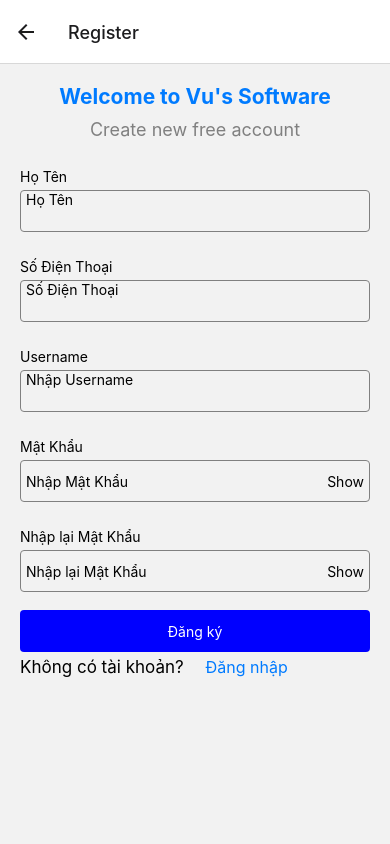
Repository: quangvucot/nntm
Screen: /Register
The author's editor kept a copy of each file at every save. The screen is drawn from the files as they stood at one save, then again after the next save.
The app was drawn by React Native's web renderer in a window 390 px wide. The project was rebuilt for these pictures with package versions that can differ from the ones it lists, and the page was loaded fresh each time. Also part of the build but not shown: src/components/Common/Icons/index.js, src/screens/Sensor/index.js, src/screens/Setting/index.js, src/navigations/HomeNavigator.js, src/navigations/SlideMenu/style.js, src/navigations/SlideMenu/index.js, src/navigations/DrawerNavigator.js, src/components/Common/Message/styles.js and 1 more.

Above is the screen before, as saved 2021-11-12 15:15:43.

### App.js
import { StatusBar } from "expo-status-bar";
import React from "react";
import { StyleSheet, Text, View } from "react-native";
import AppNavContainer from "./src/navigations";

export default function App() {
  return <AppNavContainer />;
}

### src/navigations/index.js
import React from "react";
import {} from "react-native";
import { NavigationContainer } from "@react-navigation/native";
import DrawerNavigator from "./DrawerNavigator";
import AuthNavigator from "./AuthNavigator";
const AppNavContainer = () => {
  const isAuthenticated = false;
  return (
    <NavigationContainer>
      {isAuthenticated ? <DrawerNavigator /> : <AuthNavigator />}
    </NavigationContainer>
  );
};
export default AppNavContainer;

### src/navigations/AuthNavigator.js
import React from "react";
import { createStackNavigator } from "@react-navigation/stack";
import SignIn from "../screens/Login";
import Register from "../screens/Register";
import { LOGIN, REGISTER } from "../constants/routeName";

const AuthNavigator = () => {
  const AuthStack = createStackNavigator();
  return (
    <AuthStack.Navigator >
      <AuthStack.Screen name={LOGIN} component={SignIn} />
      <AuthStack.Screen name={REGISTER} component={Register} />
    </AuthStack.Navigator>
  );
};
export default AuthNavigator;

### src/constants/routeName.js
export const HOME_NAVIGATOR = "Home";
export const SENSOR = "Cảm biến";
export const SETTING = "Setting";
export const LOGIN = "Login";
export const REGISTER = "Register";
export const LOGOUT = "Logout";

### src/screens/Login/index.js
import React from "react";
import { StyleSheet, Text, View } from "react-native";
import LoginComponent from "../../components/Login";

const SignIn = () => {
  return <LoginComponent />;
};
export default SignIn;

### src/screens/Register/index.js
import React from "react";
import { StyleSheet, Text, View } from "react-native";
import RegisterComponent from "../../components/Signup";

const Register = () => {
  return <RegisterComponent />;
};
export default Register;

### src/components/Common/Container/index.js
import React from "react";
import { View, Text, ScrollView } from "react-native";
import styles from "./styles";

const Container = ({ children }) => {
  return (
    <ScrollView>
      <View style={styles.wapper}>{children}</View>
    </ScrollView>
  );
};

export default Container;

### src/components/Login/index.js
import React, { useState } from "react";
import { View, Text, Image, TouchableOpacity } from "react-native";
import Container from "../Common/Container";
import CustomButton from "../Common/CustomButton";
import Input from "../Common/Input";
import styles from "./styles";
import { useNavigation } from "@react-navigation/native";
import { REGISTER } from "../../constants/routeName";
import Message from "../Common/Message";

const LoginComponent = ({
  error,
  onChange,
  justSignedUp,
  onSubmit,
  loading,
  form,
}) => {
  const { navigate } = useNavigation();
  const [showPassword, setShowPassword] = useState(true);
  return (
    <Container>
      <Image style={styles.logo} height={80} width={80} />
      <View>
        <Text style={styles.title}>Nông nghiệp thông minh</Text>
        <Text style={styles.subtitle}>Đăng nhập ngay</Text>

        <View style={styles.form}>
          {justSignedUp && (
            <Message
              onDismiss={() => {}}
              success
              message="Account created successfully"
            />
          )}
          {error && !error.error && (
            <Message
              onDismiss={() => {}}
              danger
              message="invalid credentials"
            />
          )}
          {error?.error && <Message danger onDismiss message={error.error} />}
          <Input
            lable="Username"
            iconPosition="right"
            placehoder="Enter Username"
            onChangeText={() => {}}
          />
          <Input
            lable="Password"
            icon={
              <TouchableOpacity
                onPress={() => {
                  showPassword ? setShowPassword(false) : setShowPassword(true);
                }}
              >
                <Text>{showPassword ? "Show" : "Hide"}</Text>
              </TouchableOpacity>
            }
            iconPosition="right"
            secureTextEntry={showPassword}
            onChangeText={() => {}}
            placehoder="Enter Password"
          />
          <CustomButton
            onPress={onSubmit}
            primary
            title="Submit"
            loading={loading}
            disabled={false}
          />
          <View style={styles.createSection}>
            <Text style={styles.infoText}>We need a new account? </Text>
            <TouchableOpacity
              onPress={() => {
                navigate(REGISTER);
              }}
            >
              <Text style={styles.linkBtn}>Regisrer</Text>
            </TouchableOpacity>
          </View>
        </View>
      </View>
    </Container>
  );
};

export default LoginComponent;

### src/components/Signup/index.js
import React, { useState } from "react";
import { View, Text, Image } from "react-native";
import Container from "../Common/Container";
import CustomButton from "../Common/CustomButton";
import Input from "../Common/Input";
import styles from "./styles";
import { TouchableOpacity } from "react-native-gesture-handler";
import { useNavigation } from "@react-navigation/native";
import { LOGIN } from "../../constants/routeName";
import Message from "../Common/Message";

const RegisterComponent = ({
  onSubmit,
  onChange,
  errors,
  form,
  error,
  loading,
}) => {
  const [showPassword, setShowPassword] = useState(true);
  const { navigate } = useNavigation();
  return (
    <Container>
      <View>
        <Text style={styles.title}>Welcome to Vu's Software</Text>
        <Text style={styles.subtitle}>Create new free account</Text>
        <View style={styles.form}>
          {error?.error && (
            <Message
              danger
              retry
              retryFn={() => {
                console.log("2222 => ", 2222);
              }}
              message={error.error}
            />
          )}
          <Input
            lable="Họ Tên"
            iconPosition="right"
            placehoder="Họ Tên"
            onChangeText={() => {}}
          />
          <Input
            lable="Số Điện Thoại"
            iconPosition="right"
            placehoder="Số Điện Thoại"
            onChangeText={() => {}}
          />
          <Input
            lable="Username"
            iconPosition="right"
            placehoder="Nhập Username"
            onChangeText={() => {}}
          />
          <Input
            lable="Mật Khẩu"
            icon={
              <TouchableOpacity
                onPress={() => {
                  showPassword ? setShowPassword(false) : setShowPassword(true);
                }}
              >
                <Text>{showPassword ? "Show" : "Hide"}</Text>
              </TouchableOpacity>
            }
            iconPosition="right"
            secureTextEntry={showPassword}
            placehoder="Nhập Mật Khẩu"
            onChangeText={() => {}}
          />

          <Input
            lable="Nhập lại Mật Khẩu"
            icon={<Text>Show</Text>}
            iconPosition="right"
            secureTextEntry={true}
            placehoder="Nhập lại Mật Khẩu"
            onChangeText={() => {}}
          />
          {console.log("error1122", error)}
          <CustomButton
            onPress={onSubmit}
            primary
            title="Đăng ký"
            loading={loading}
            disabled={loading}
          />
          <View style={styles.createSection}>
            <Text style={styles.infoText}>Không có tài khoản? </Text>
            <TouchableOpacity
              onPress={() => {
                navigate(LOGIN);
              }}
            >
              <Text style={styles.linkBtn}>Đăng nhập</Text>
            </TouchableOpacity>
          </View>
        </View>
      </View>
    </Container>
  );
};

export default RegisterComponent;

### src/components/Common/Container/styles.js
import {StyleSheet} from 'react-native';
export default StyleSheet.create({
  wapper: {
    padding: 20,
  },
});

### src/components/Common/CustomButton/index.js
import React from 'react';
import {
  View,
  Text,
  TextInput,
  TouchableOpacity,
  ActivityIndicator,
} from 'react-native';
import colors from '../../../assets/theme/colors';
import styles from './styles';
const CustomButton = ({
  onPress,
  title,
  danger,
  secondary,
  primary,
  disabled,
  loading,
  style,
  ...props
}) => {
  // const getFlexDirection = () => {
  //   if (icon && iconPosition) {
  //     if (iconPosition === 'left') {
  //       return 'row';
  //     } else {
  //       return 'row-reverse';
  //     }
  //   }
  // };
  const getBGColor = () => {
    if (disabled) {
      return colors.gray;
    }
    if (primary) {
      return colors.blue;
    }
    if (danger) {
      return colors.red;
    }
    if (secondary) {
      return colors.secondary;
    }
  };
  return (
    <TouchableOpacity
      disabled={disabled}
      onPress={onPress}
      style={[styles.wrapper, {backgroundColor: getBGColor()}, style]}>
      <View style={[styles.loaderSection]}>
        {loading && <ActivityIndicator color={colors.red} />}
        {title && (
          <Text
            style={{
              color: disabled ? 'black' : colors.white,
              paddingLeft: loading ? 5 : 0,
            }}>
            {loading ? 'Please wait...' : title}
          </Text>
        )}
      </View>
    </TouchableOpacity>
  );
};

export default CustomButton;

### src/components/Common/Input/index.js
import React from "react";
import { View, Text, TextInput } from "react-native";
import colors from "../../../assets/theme/colors";
import styles from "./styles";
const Input = ({
  onChangeText,
  placehoder,
  iconPosition,
  icon,
  style,
  value,
  lable,
  error,
  secureTextEntry,
  ...props
}) => {
  const [focused, setFocused] = React.useState(false);
  const getFlexDirection = () => {
    if (icon && iconPosition) {
      if (iconPosition === "left") {
        return "row";
      } else {
        return "row-reverse";
      }
    }
  };
  const getBorderColor = () => {
    if (focused) {
      return colors.blue;
    }
    if (error) {
      return colors.red;
    } else {
      return colors.gray;
    }
  };
  return (
    <View style={styles.inputContainer}>
      {lable && <Text>{lable}</Text>}
      <View
        style={[
          styles.wrapper,
          {
            alignItems: icon ? "center" : "baseline",
          },
          { borderColor: getBorderColor(), flexDirection: getFlexDirection() },
        ]}
      >
        <View>{icon && icon}</View>
        <TextInput
          style={[styles.textInput, style]}
          onChangeText={onChangeText}
          value={value}
          placeholder={placehoder}
          secureTextEntry={secureTextEntry}
          onFocus={() => {
            setFocused(true);
          }}
          onBlur={() => {
            setFocused(false);
          }}
          {...props}
        />
      </View>
      {error && <Text style={styles.error}>{error}</Text>}
    </View>
  );
};

export default Input;

### src/components/Login/styles.js
import { StyleSheet } from "react-native";
import React from "react";
import colors from "../../assets/theme/colors";

export default StyleSheet.create({
  logo: {
    height: 200,
    width: 150,
    alignSelf: "center",
    margin: 50,
  },
  title: {
    fontSize: 21,
    textAlign: "center",
    color: colors.secondary,
    fontWeight: "bold",
  },
  subtitle: {
    paddingVertical: 20,
    textAlign: "center",
    fontSize: 18,
    color: colors.gray,
  },
  form: {
    paddingTop: 20,
  },
  createSection: {
    flexDirection: "row",
  },
  linkBtn: {
    paddingLeft: 17,
    color: colors.secondary,
    fontSize: 16,
  },
  infoText: {
    fontSize: 17,
  },
});

### src/components/Signup/styles.js
import {StyleSheet} from 'react-native';
import React from 'react';
import colors from '../../assets/theme/colors';

export default StyleSheet.create({
  title: {
    fontSize: 21,
    textAlign: 'center',
    color: colors.secondary,
    fontWeight: 'bold',
  },
  subtitle: {
    paddingVertical: 10,
    textAlign: 'center',
    fontSize: 18,
    color: colors.gray,
  },
  form: {
    paddingTop: 5,
  },
  createSection: {
    flexDirection: 'row',
  },
  linkBtn: {
    paddingLeft: 17,
    color: colors.secondary,
    fontSize: 16,
  },
  infoText: {
    fontSize: 17,
  },
});

### src/assets/theme/colors.js
export default {
  primary: '#4361ee',
  white: '#ffffff',
  yellow: '#FFFF00',
  red: '#FF0000',
  gray: '#808080',
  Olive: '#808000',
  purple: '#800080',
  blue: '#0000FF',
  green: '#008000',
  black: '#000000',
  secondary: '#007bff',
  success: '#33CCFF',
};

### src/components/Common/CustomButton/styles.js
import {StyleSheet} from 'react-native';
import colors from '../../../assets/theme/colors';

export default StyleSheet.create({
  wrapper: {
    height: 42,
    paddingHorizontal: 5,
    marginVertical: 5,
    borderRadius: 4,
    alignItems: 'center',
    justifyContent: 'space-evenly',
    color: colors.white,
  },

  loaderSection: {
    flexDirection: 'row',
  },
  textInput: {
    flex: 1,
    width: '100%',
  },
  error: {
    color: colors.red,
    paddingTop: 4,
    fontSize: 12,
  },
});

### src/components/Common/Input/styles.js
import {StyleSheet} from 'react-native';
import colors from '../../../assets/theme/colors';

export default StyleSheet.create({
  wrapper: {
    height: 42,
    borderWidth: 1,
    borderRadius: 4,
    flexDirection: 'row',
    paddingHorizontal: 5,

    marginTop: 5,
  },

  inputContainer: {
    paddingVertical: 13,
  },
  textInput: {
    flex: 1,
    width: '100%',
  },
  error: {
    color: colors.red,
    paddingTop: 4,
    fontSize: 12,
  },
});

After the next save:
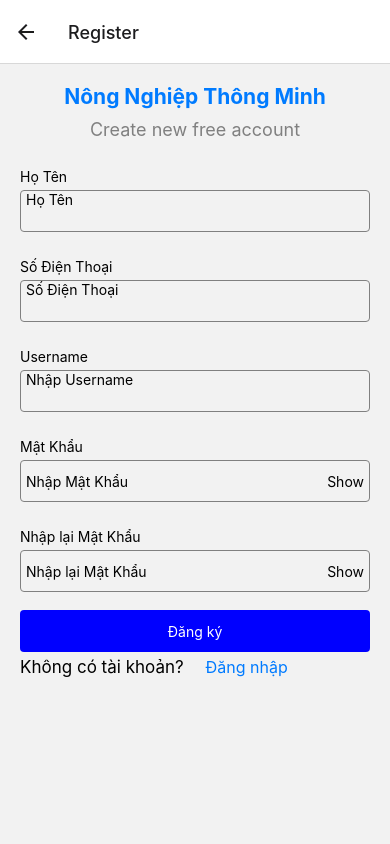
Saved 21 s later.
--- a/src/components/Signup/index.js
+++ b/src/components/Signup/index.js
@@ -22,7 +22,7 @@ const RegisterComponent = ({
   return (
     <Container>
       <View>
-        <Text style={styles.title}>Welcome to Vu's Software</Text>
+        <Text style={styles.title}>Nông Nghiệp Thông Minh</Text>
         <Text style={styles.subtitle}>Create new free account</Text>
         <View style={styles.form}>
           {error?.error && (
